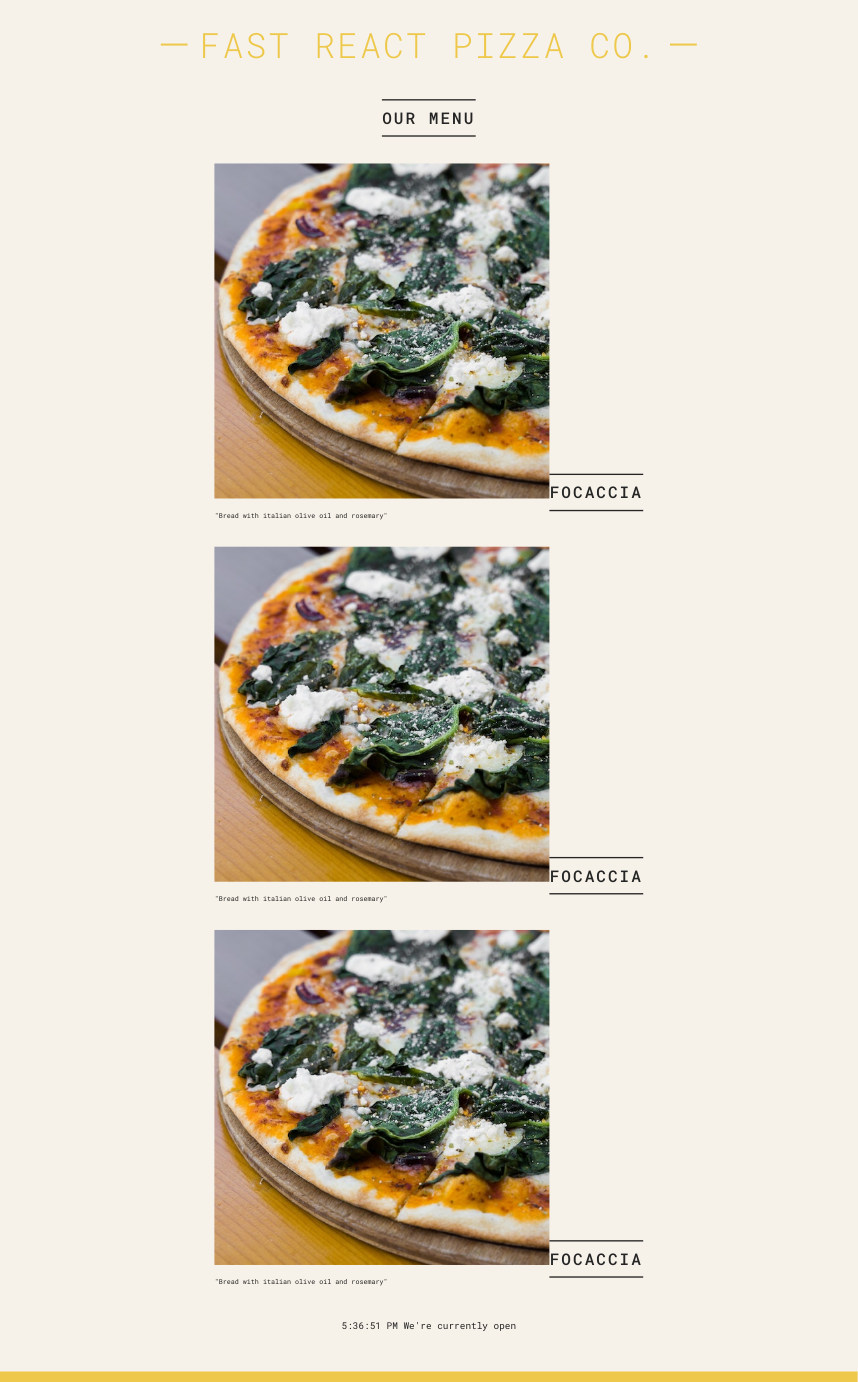
Repository: ahmedharidy/First-React-App
Page: /
The author's editor kept a copy of each file at every save. The page is drawn from the files as they stood at one save, then again after the next save.
The browser window is 1280 px wide. The pictures show the whole page, at 67% of full size.
The project was rebuilt for these pictures with package versions that can differ from the ones it lists, and the page was loaded fresh each time.

Above is the page before, as saved 2026-09-22 09:17:06.

After the next save:
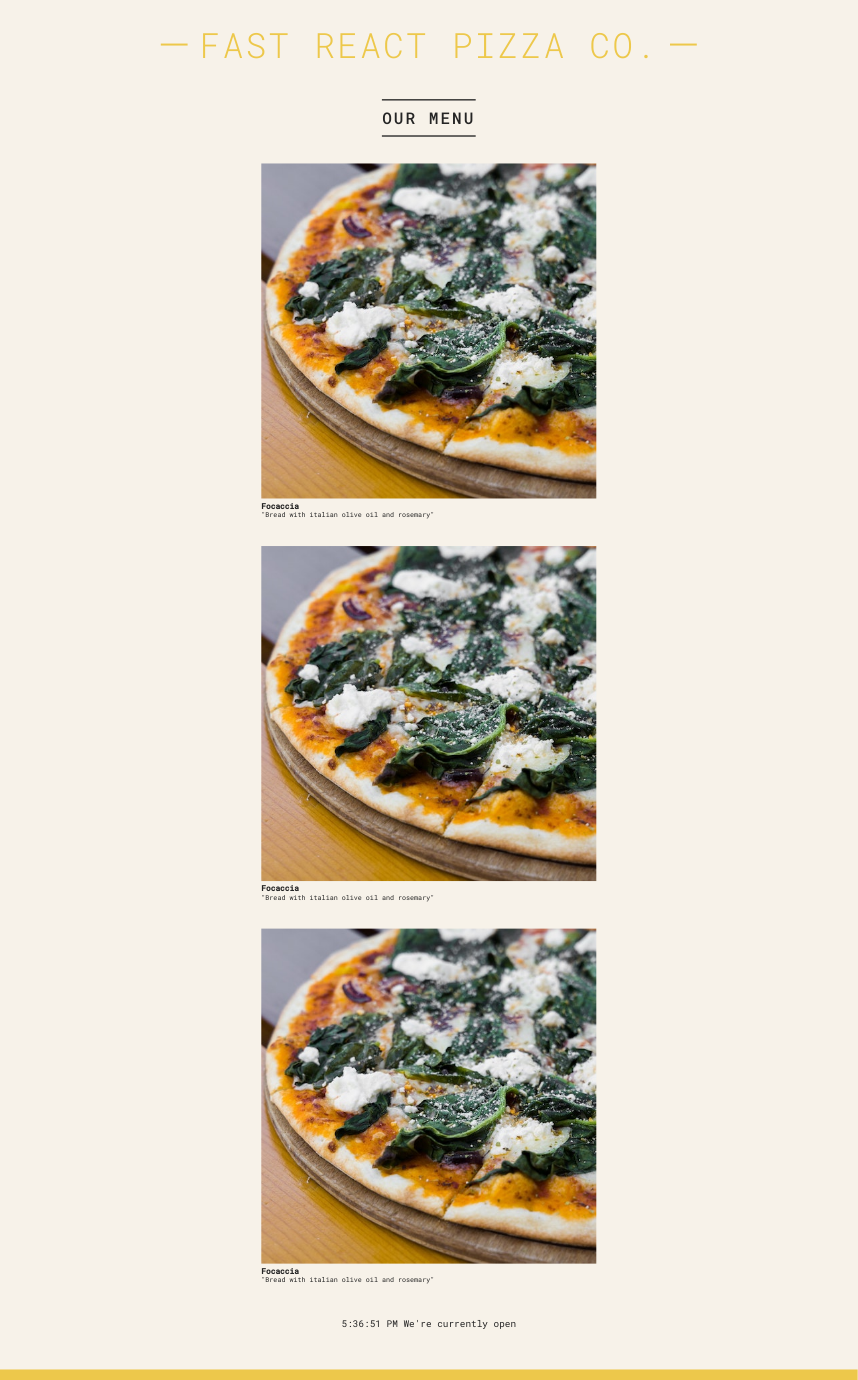
Saved 20 s later.
--- a/src/index.js
+++ b/src/index.js
@@ -60,7 +60,7 @@ function Pizza() {
   return (
     <div>
       <img src="pizzas/spinaci.jpg" alt="alt"></img>
-      <h2>Focaccia</h2>
+      <h3>Focaccia</h3>
       <p>"Bread with italian olive oil and rosemary"</p>
     </div>
   );
